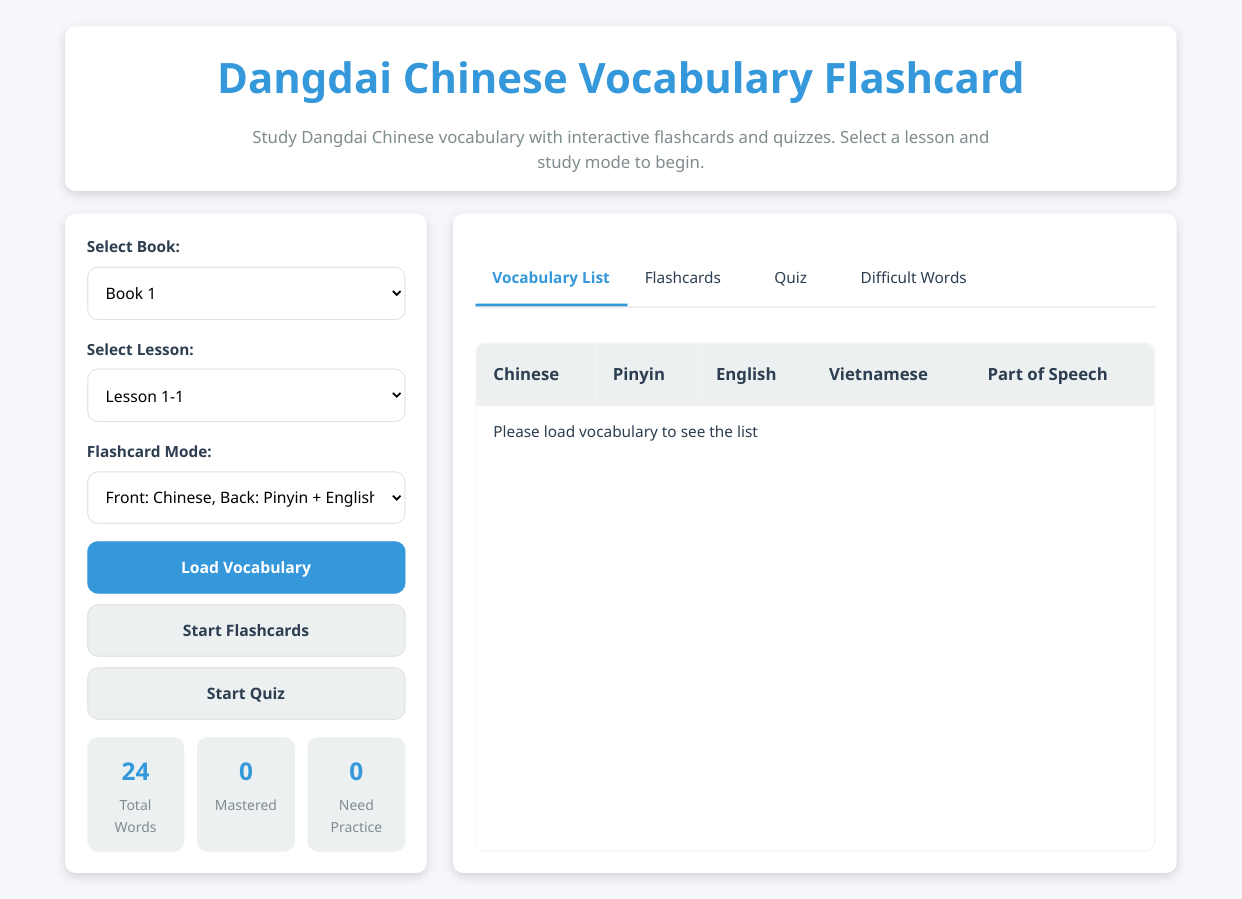
Repository: fangdongyzu/dangdaiflashcards
Page: index.html
The author's editor kept a copy of each file at every save. The page is drawn from the files as they stood at one save, then again after the next save.
The browser window is 1280 px wide. The pictures show the whole page, at 97% of full size.

Above is the page before, as saved 2025-11-05 08:07:33.

### index.html
<!DOCTYPE html>
<html lang="en">

<head>
    <meta charset="UTF-8">
    <meta name="viewport" content="width=device-width, initial-scale=1.0">
    <title> Dangdai Chinese Vocabulary Flashcard</title>
    <link rel="stylesheet" href="styles.css">
</head>

<body>
    <div class="container">
        <header>
            <h1>Dangdai Chinese Vocabulary Flashcard</h1>
            <p class="app-description">Study Dangdai Chinese vocabulary with interactive flashcards and quizzes. Select
                a lesson and study mode to begin.</p>
        </header>

        <div class="main-content">
            <div class="control-panel">
                <div class="form-group">
                    <label for="book-select">Select Book:</label>
                    <select id="book-select">
                        <option value="B1">Book 1</option>
                        <option value="B2">Book 2</option>
                        <option value="B3">Book 3</option>
                        <option value="B4">Book 4</option>
                        <option value="B5">Book 5</option>
                        <option value="B6">Book 6</option>
                    </select>
                </div>

                <div class="form-group">
                    <label for="lesson-select">Select Lesson:</label>
                    <select id="lesson-select">
                        <!-- Lessons will be populated by JavaScript -->
                    </select>
                </div>

                <div class="form-group">
                    <label for="mode-select">Flashcard Mode:</label>
                    <select id="mode-select">
                        <option value="chinese-front">Front: Chinese, Back: Pinyin + English + Vietnamese</option>
                        <option value="pinyin-front">Front: Pinyin, Back: Chinese + English + Vietnamese</option>
                        <option value="english-front">Front: English, Back: Chinese + Pinyin + Vietnamese</option>
                        <option value="vietnamese-front">Front: Vietnamese, Back: Chinese + Pinyin + English</option>
                    </select>
                </div>

                <div class="button-group">
                    <button id="load-vocab-btn" class="btn primary">Load Vocabulary</button>
                    <button id="start-flashcards-btn" class="btn secondary">Start Flashcards</button>
                    <button id="start-quiz-btn" class="btn secondary">Start Quiz</button>
                </div>

                <div class="stats">
                    <div class="stat-item">
                        <div class="stat-value" id="total-words">0</div>
                        <div class="stat-label">Total Words</div>
                    </div>
                    <div class="stat-item">
                        <div class="stat-value" id="mastered-words">0</div>
                        <div class="stat-label">Mastered</div>
                    </div>
                    <div class="stat-item">
                        <div class="stat-value" id="difficult-words">0</div>
                        <div class="stat-label">Need Practice</div>
                    </div>
                </div>

                <div class="loading-indicator hidden" id="loading-indicator">
                    <div class="loading-spinner"></div>
                    <p>Loading vocabulary data...</p>
                </div>
            </div>

            <div class="study-area">
                <div class="tab-container">
                    <div class="tabs">
                        <div class="tab active" data-tab="vocabulary">Vocabulary List</div>
                        <div class="tab" data-tab="flashcards">Flashcards</div>
                        <div class="tab" data-tab="quiz">Quiz</div>
                        <div class="tab" data-tab="difficult">Difficult Words</div>
                    </div>

                    <div class="tab-content active" id="vocabulary-content">
                        <div class="vocabulary-list">
                            <table class="vocabulary-table">
                                <thead>
                                    <tr>
                                        <th>Chinese</th>
                                        <th>Pinyin</th>
                                        <th>English</th>
                                        <th>Vietnamese</th>
                                        <th>Part of Speech</th>
                                    </tr>
                                </thead>
                                <tbody id="vocabulary-table-body">
                                    <tr>
                                        <td colspan="5" class="text-center">Please load vocabulary to see the list</td>
                                    </tr>
                                </tbody>
                            </table>
                        </div>
                    </div>

                    <div class="tab-content" id="flashcards-content">
                        <div class="flashcard" id="flashcard">
                            <div class="flashcard-inner">
                                <div class="flashcard-front">
                                    <div class="chinese-character" id="flashcard-front-content">請選擇課程</div>
                                </div>
                                <div class="flashcard-back">
                                    <div class="flashcard-content" id="flashcard-back-content">Please select a lesson
                                    </div>
                                </div>
                            </div>
                        </div>
                        <div class="flashcard-controls">
                            <button id="prev-card-btn" class="btn secondary">Previous</button>
                            <button id="flip-card-btn" class="btn primary">Flip Card</button>
                            <button id="next-card-btn" class="btn secondary">Next</button>
                            <button id="mark-difficult-btn" class="btn warning">Mark Difficult</button>
                            <button id="mark-mastered-btn" class="btn success">Mark Mastered</button>
                        </div>
                        <div class="progress-info">
                            <div class="progress-text" id="progress-text">Card 0 of 0</div>
                            <div class="progress-bar">
                                <div class="progress" id="flashcard-progress"></div>
                            </div>
                        </div>
                    </div>

                    <div class="tab-content" id="quiz-content">
                        <div class="quiz-setup" id="quiz-setup">
                            <h3>Choose Quiz Type</h3>
                            <div class="quiz-type-selection">
                                <div class="quiz-type-option" data-quiz-type="chinese-english">
                                    <div class="quiz-type-icon">🇹🇼 → 🇺🇸</div>
                                    <div class="quiz-type-info">
                                        <h4>Chinese → English</h4>
                                        <p>Test your English translation skills</p>
                                    </div>
                                </div>
                                <div class="quiz-type-option" data-quiz-type="chinese-vietnamese">
                                    <div class="quiz-type-icon">🇹🇼 → 🇻🇳</div>
                                    <div class="quiz-type-info">
                                        <h4>Chinese → Vietnamese</h4>
                                        <p>Test your Vietnamese translation skills</p>
                                    </div>
                                </div>
                                <div class="quiz-type-option" data-quiz-type="chinese-pinyin">
                                    <div class="quiz-type-icon">🇹🇼 → 📝</div>
                                    <div class="quiz-type-info">
                                        <h4>Chinese → Pinyin</h4>
                                        <p>Test your pinyin knowledge</p>
                                    </div>
                                </div>
                                <div class="quiz-type-option" data-quiz-type="mixed">
                                    <div class="quiz-type-icon">🎲</div>
                                    <div class="quiz-type-info">
                                        <h4>Mixed Questions</h4>
                                        <p>Random combination of all question types</p>
                                    </div>
                                </div>
                            </div>
                            <div class="quiz-start-controls">
                                <button id="start-selected-quiz" class="btn primary" disabled>Start Selected
                                    Quiz</button>
                            </div>
                            <div class="form-group">
                                <label for="question-count">Number of Questions:</label>
                                <select id="question-count" class="form-control">
                                    <option value="5">5 Questions</option>
                                    <option value="10" selected>10 Questions</option>
                                    <option value="15">15 Questions</option>
                                    <option value="20">20 Questions</option>
                                    <option value="all">All Questions</option>
                                </select>
                            </div>




                        </div>

                        <div class="quiz-container hidden" id="quiz-container">
                            <div class="quiz-question" id="quiz-question">Loading question...</div>
                            <div class="quiz-options" id="quiz-options">
                                <!-- Quiz options will be populated by JavaScript -->
                            </div>
                            <div class="quiz-feedback" id="quiz-feedback"></div>
                            <div class="quiz-controls">
                                <button id="next-question-btn" class="btn primary hidden">Next Question</button>
                            </div>
                            <div class="progress-info">
                                <div class="progress-text" id="quiz-progress-text">Question 0 of 0</div>
                                <div class="progress-bar">
                                    <div class="progress" id="quiz-progress"></div>
                                </div>
                            </div>
                        </div>
                    </div>

                    <div class="tab-content" id="difficult-content">
                        <div class="difficult-words">
                            <h3>Words Needing Practice</h3>
                            <ul class="difficult-words-list" id="difficult-words-list">
                                <li class="difficult-word text-center">No difficult words yet. Keep studying!</li>
                            </ul>
                            <div class="difficult-words-controls">
                                <button id="practice-difficult-btn" class="btn primary">Practice These Words</button>
                                <button id="clear-difficult-btn" class="btn warning">Clear List</button>
                                 <button id="clear-mastered-btn" class="btn warning">Clear Mastered Words</button>
                            </div>
                        </div>
                    </div>
                </div>
            </div>
        </div>
    </div>

    <script src="script.js"></script>
</body>
<footer>

</footer>

</html>

Loaded but not shown: script.js (1331 lines, source omitted); styles.css (1020 lines, source omitted)

After the next save:
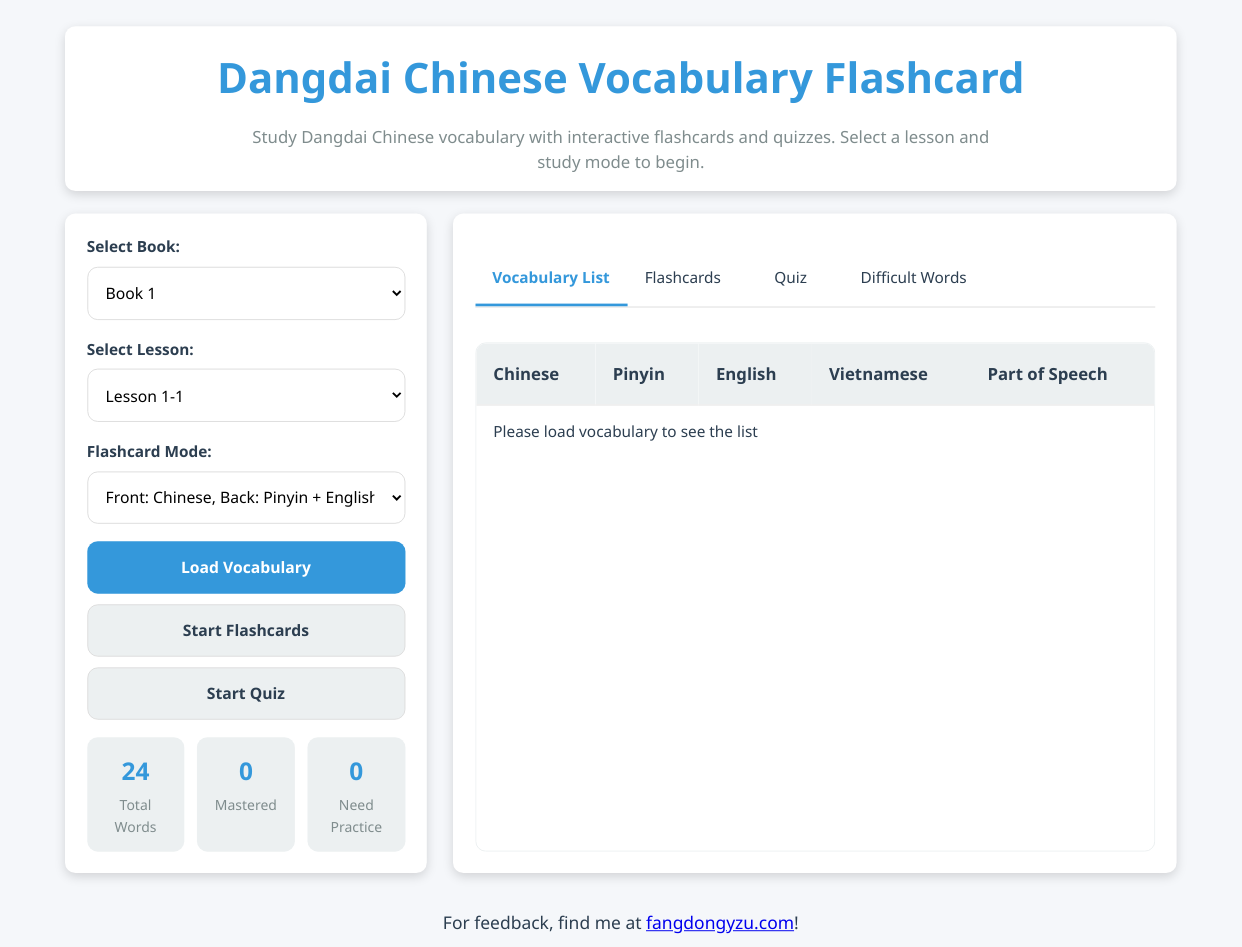
Saved 117 s later.
--- a/index.html
+++ b/index.html
@@ -222,8 +222,8 @@
 
     <script src="script.js"></script>
 </body>
-<footer>
-
+<footer style="text-align: center; padding: 10px 0;">
+    For feedback, find me at <a href="https://fangdongyzu.com" target="_blank">fangdongyzu.com</a>!
 </footer>
 
 </html>
